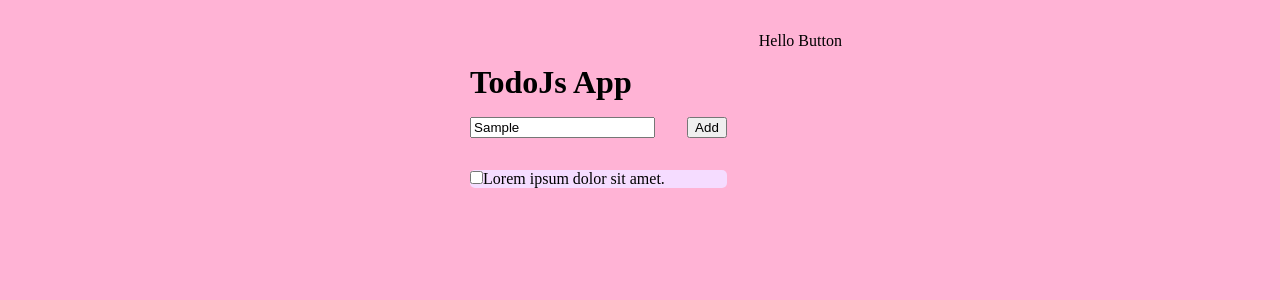
Repository: AlexandraYuhno/todo
Page: index.html
These files come from the project's save history. The page is drawn as it stood at one moment and after the next save; the edit follows.
The browser window is 1280 px wide. The pictures show the whole page.
Empty fields were first filled with sample values (such as "Sample", 5 or name@example.com).
After loading, the first visible `#btnAdd` was clicked once.

Above is the page before, as saved 2024-06-17 12:42:18.

### index.html
<!DOCTYPE html>
<html lang="en">
<head>
    <meta charset="UTF-8">
    <meta name="viewport" content="width=device-width, initial-scale=1.0">
    <title>TodoJs</title>
    <link rel="stylesheet" href="style.css">
</head>
<body>
    <div class="todo">
        <div class="todo__content">
            <h1 class="todo__title"> TodoJs App </h1>
            <div class="todo__new">
                <input type="text" placeholder="New task" id="newInput">
                <button class="todo__add" id="btnAdd">Add</button>
            </div>
        </div>
        <div class="todo__list">
            <div class="todo__task" id="task">
              <label class="todo__checkbox">
                <input type="checkbox">
                </label>
             <div class="todo__task-title"> Lorem ipsum dolor sit amet.</div>
            </div>
        </div>
    </div>
    <script src="script.js"></script>
</body>
</html>

### style.css
*{
    margin: 0;
    box-sizing: border-box;
}

body{
    background-color: #ffb3d5;
    display: flex;
    justify-content: center;
    padding: 32px;
}

.todo{
    padding: 32px;
}

.todo__new{
    display: flex;
    padding: 16px 0 32px;
}

.todo__add{
    margin-left: 32px;
    cursor: pointer;
}

.todo__task {
    cursor: default;
    display: flex;
    align-items: center;
    background-color: #F5DCFF;
    border-radius: 5px;
    margin-bottom: 10px;
}

### script.js
const newInput = document.getElementById('newInput');
const btnAdd = document.getElementById('btnAdd');
const task = document.getElementById('task')


//Track click button 'Add'


function addTask(text){
    const newTask = document.createElement("div")
    newTask.innerHTML = "Hello Button";
    document.body.appendChild(newTask);
}

btnAdd.addEventListener("click", addTask)
btnAdd.addEventListener("enter", addTask)

After the next save:
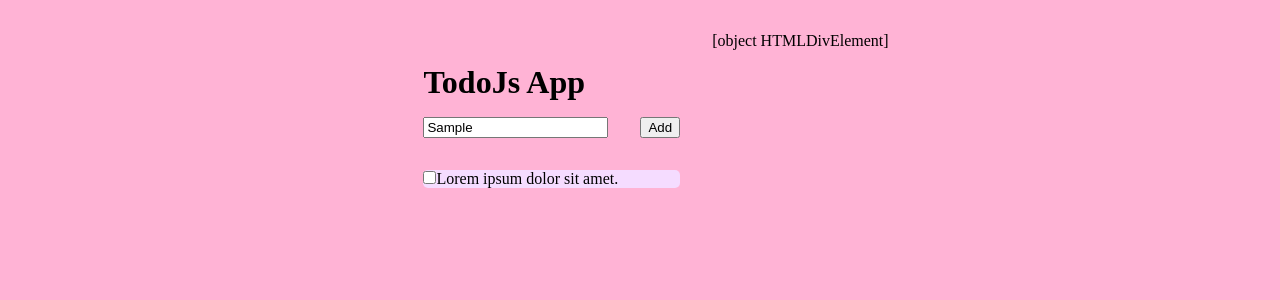
Saved 66 s later.
--- a/script.js
+++ b/script.js
@@ -6,9 +6,9 @@ const task = document.getElementById('task')
 //Track click button 'Add'
 
 
-function addTask(text){
+function addTask(){
     const newTask = document.createElement("div")
-    newTask.innerHTML = "Hello Button";
+    newTask.innerHTML = task;
     document.body.appendChild(newTask);
 }
 
